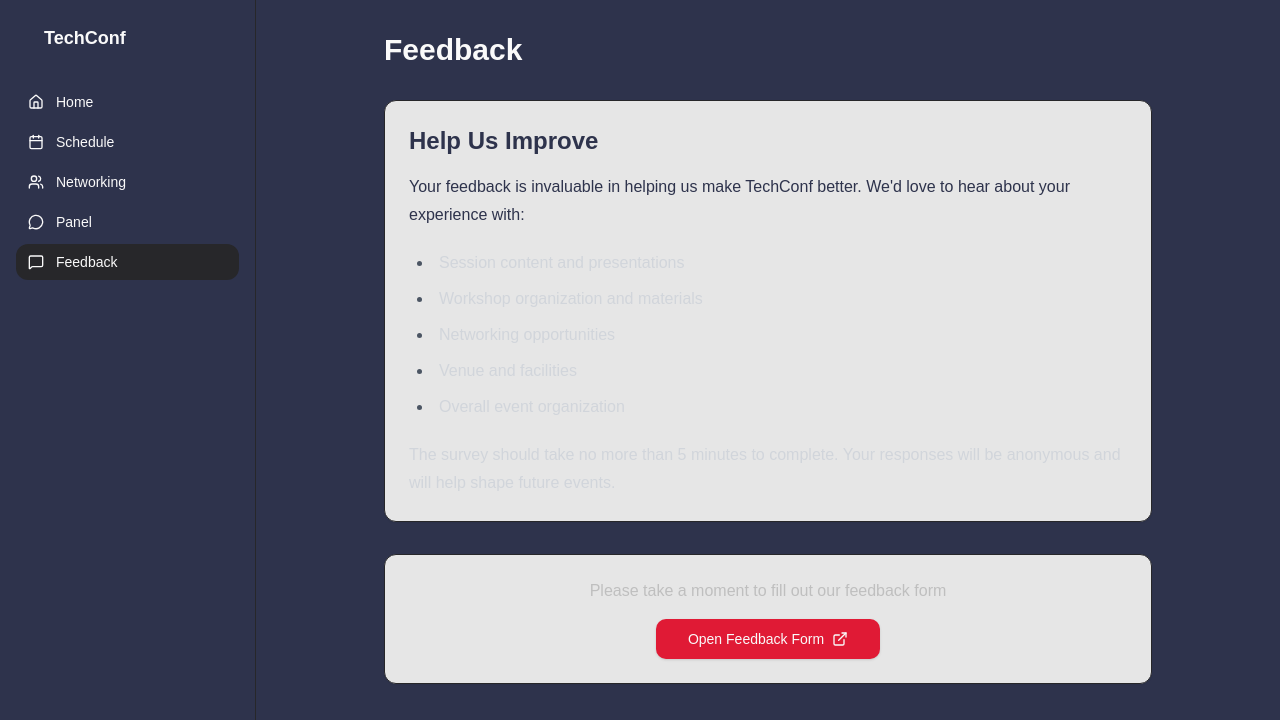
Repository: mrnavdal/symposium-2024
Page: /feedback (app in symposium24/)
The author's editor kept a copy of each file at every save. The page is drawn from the files as they stood at one save, then again after a run of saves.
The browser window is 1280 px wide. The pictures show the whole page.
The project was rebuilt for these pictures with package versions that can differ from the ones it lists, and the page was loaded fresh each time. The framework's server and built-in components were replaced by stand-ins that run in the browser. Also part of the build but not shown: symposium24/next.config.ts, symposium24/src/styles/calendar.css.

Above is the page before, as saved 2024-11-08 15:09:19.

### symposium24/src/app/layout.tsx
import type { Metadata } from "next";
import localFont from "next/font/local";
import { ThemeProvider } from 'next-themes';
import { Navigation } from "@/components/Navigation";
import "./globals.css";
import '@/styles/calendar.css'

const geistSans = localFont({
  src: "./fonts/GeistVF.woff",
  variable: "--font-geist-sans",
  weight: "100 900",
});
const geistMono = localFont({
  src: "./fonts/GeistMonoVF.woff",
  variable: "--font-geist-mono",
  weight: "100 900",
});

export const metadata: Metadata = {
  title: "TechConf 2024",
  description: "Conference schedule and information",
};

export default function RootLayout({
  children,
}: Readonly<{
  children: React.ReactNode;
}>) {
  return (
    <html lang="en" suppressHydrationWarning>
      <body className={`${geistSans.variable} ${geistMono.variable} antialiased min-h-screen`}>
        <ThemeProvider
          attribute="class"
          defaultTheme="dark"
          enableSystem
          disableTransitionOnChange
        >
          <Navigation />
          <main className="pb-16 md:pb-0 md:pl-64">
            {children}
          </main>
        </ThemeProvider>
      </body>
    </html>
  );
}

### symposium24/src/app/feedback/page.tsx
import { PageTransition } from '@/components/PageTransition'
import { Container } from '@/components/ui/container'
import { FeedbackLink } from '@/components/FeedbackLink'
import { AnimatedCard } from '@/components/ui/animated-card'

export default function FeedbackPage() {
  return (
    <PageTransition>
      <Container className="py-8">
        <div className="max-w-3xl mx-auto">
          <h1 className="text-3xl font-bold mb-8">Feedback</h1>

          <div className="space-y-8">
            <AnimatedCard delay={0.1}>
              <div className="prose dark:prose-invert max-w-none">
                <h2 className="text-2xl text-background mb-4">Help Us Improve</h2>
                <p className="text-background">
                  Your feedback is invaluable in helping us make TechConf better.
                  We'd love to hear about your experience with:
                </p>
                <ul className="list-disc pl-6 mb-4">
                  <li>Session content and presentations</li>
                  <li>Workshop organization and materials</li>
                  <li>Networking opportunities</li>
                  <li>Venue and facilities</li>
                  <li>Overall event organization</li>
                </ul>
                <p>
                  The survey should take no more than 5 minutes to complete.
                  Your responses will be anonymous and will help shape future events.
                </p>
              </div>
            </AnimatedCard>

            <AnimatedCard delay={0.2} className="text-center">
              <FeedbackLink />
            </AnimatedCard>
          </div>
        </div>
      </Container>
    </PageTransition>
  )
}

### symposium24/src/components/Navigation.tsx
'use client'

import { usePathname } from 'next/navigation'
import Link from 'next/link'
import { cn } from '@/lib/utils'
import {
  Home,
  Calendar,
  Users,
  MessageCircle,
  MessageSquare,
  LucideIcon
} from 'lucide-react'

interface NavItem {
  href: string
  label: string
  icon: LucideIcon
}

const navItems: NavItem[] = [
  { href: '/', label: 'Home', icon: Home },
  { href: '/schedule', label: 'Schedule', icon: Calendar },
  { href: '/networking', label: 'Networking', icon: Users },
  { href: '/discussion', label: 'Panel', icon: MessageCircle },
  { href: '/feedback', label: 'Feedback', icon: MessageSquare },
]

export function Navigation() {
  const pathname = usePathname()

  return (
    <>
      {/* Desktop Side Navigation */}
      <nav className="hidden md:flex fixed left-0 top-0 h-screen w-64 border-r bg-background p-4">
        <div className="space-y-4 w-full">
          <div className="px-3 py-2">
            <h2 className="mb-2 px-4 text-lg font-semibold">TechConf</h2>
          </div>
          <div className="space-y-1">
            {navItems.map((item) => (
              <Link
                key={item.href}
                href={item.href}
                className={cn(
                  'flex items-center gap-3 rounded-lg px-3 py-2 text-sm transition-colors',
                  pathname === item.href
                    ? 'bg-secondary text-secondary-foreground'
                    : 'hover:bg-secondary/80'
                )}
              >
                <item.icon className="h-4 w-4" />
                {item.label}
              </Link>
            ))}
          </div>
        </div>
      </nav>

      {/* Mobile Bottom Navigation */}
      <nav className="md:hidden fixed bottom-0 left-0 right-0 border-t bg-background z-50">
        <div className="flex items-center justify-around">
          {navItems.map((item) => (
            <Link
              key={item.href}
              href={item.href}
              className={cn(
                'flex flex-col items-center gap-1 p-3 text-xs',
                pathname === item.href
                  ? 'text-primary'
                  : 'text-muted-foreground'
              )}
            >
              <item.icon className="h-5 w-5" />
              <span>{item.label}</span>
            </Link>
          ))}
        </div>
      </nav>

      {/* Content Padding for Mobile Bottom Nav */}
      <div className="pb-4 md:pb-0 md:pl-64">
        {/* This div wraps the main content to provide padding */}
      </div>
    </>
  )
}

### symposium24/src/app/globals.css
@tailwind base;
@tailwind components;
@tailwind utilities;

body {
  font-family: Arial, Helvetica, sans-serif;
  margin: 0;
  padding: 0;
}

@layer base {
  :root {
    --background: 0 0% 100%;
    --foreground: 240 10% 3.9%;
    --card: 0 0% 100%;
    --card-foreground: 240 10% 3.9%;
    --popover: 0 0% 100%;
    --popover-foreground: 240 10% 3.9%;
    --primary: 240 5.9% 10%;
    --primary-foreground: 0 0% 98%;
    --secondary: 240 4.8% 95.9%;
    --secondary-foreground: 240 5.9% 10%;
    --muted: 240 4.8% 95.9%;
    --muted-foreground: 240 3.8% 46.1%;
    --accent: 240 4.8% 95.9%;
    --accent-foreground: 240 5.9% 10%;
    --destructive: 0 84.2% 60.2%;
    --destructive-foreground: 0 0% 98%;
    --leading-text: 240 25% 24%;
    --border: 240 5.9% 90%;
    --input: 240 5.9% 90%;
    --ring: 240 5.9% 10%;
    --chart-1: 12 76% 61%;
    --chart-2: 173 58% 39%;
    --chart-3: 197 37% 24%;
    --chart-4: 43 74% 66%;
    --chart-5: 27 87% 67%;
    --radius: 0.75rem;
  }
  .dark {
    --background: 230 25% 24%;
    --foreground: 0 0% 98%;
    --card: 0 0% 90%;
    --card-foreground: 230 25% 24%;;
    --popover: 240 10% 3.9%;
    --popover-foreground: 0 0% 98%;
    --primary: 352 79% 49%;
    --primary-foreground: 0 0% 98%;
    --secondary: 240 3.7% 15.9%;
    --secondary-foreground: 0 0% 98%;
    --muted: 240 3.7% 15.9%;
    --muted-foreground: 0 0% 75%;
    --accent: 352 79% 49%;
    --accent-foreground: 0 0% 98%;
    --destructive: 0 62.8% 30.6%;
    --destructive-foreground: 0 0% 98%;
    --border: 240 3.7% 15.9%;
    --input: 240 3.7% 15.9%;
    --ring: 240 4.9% 83.9%;
    --chart-1: 220 70% 50%;
    --chart-2: 160 60% 45%;
    --chart-3: 30 80% 55%;
    --chart-4: 280 65% 60%;
    --chart-5: 340 75% 55%;
    --leading-text: 230 25% 24%;
  }
}

@layer base {
  * {
    @apply border-border;
  }
  body {
    @apply bg-background text-foreground;
  }
}

.page {
  margin-top: 0;
}

### symposium24/src/components/PageTransition.tsx
'use client'

import { motion } from 'framer-motion'
import { fadeIn } from '@/lib/animations'

interface PageTransitionProps {
  children: React.ReactNode
  className?: string
}

export function PageTransition({ children, className }: PageTransitionProps) {
  return (
    <motion.div
      variants={fadeIn}
      initial="initial"
      animate="animate"
      exit="exit"
      className={className}
    >
      {children}
    </motion.div>
  )
}

### symposium24/src/components/ui/container.tsx
import { cn } from '@/lib/utils'

interface ContainerProps extends React.HTMLAttributes<HTMLDivElement> {}

export function Container({ className, ...props }: ContainerProps) {
  return (
    <div
      className={cn('mx-auto max-w-7xl px-4 sm:px-6 lg:px-8', className)}
      {...props}
    />
  )
}

### symposium24/src/components/FeedbackLink.tsx
'use client'

import { Button } from '@/components/ui/button'
import { ExternalLink } from 'lucide-react'

const FEEDBACK_FORM_URL = 'https://forms.google.com/your-form-id' // Replace with your actual Google Form URL

export function FeedbackLink() {
  const openFeedbackForm = () => {
    window.open(FEEDBACK_FORM_URL, '_blank', 'noopener,noreferrer')
  }

  return (
    <div className="space-y-4">
      <p className="text-muted-foreground">
        Please take a moment to fill out our feedback form
      </p>
      <Button
        onClick={openFeedbackForm}
        size="lg"
        className="group"
      >
        Open Feedback Form
        <ExternalLink className="ml-2 h-4 w-4 transition-transform group-hover:translate-x-1" />
      </Button>
    </div>
  )
}

### symposium24/src/components/ui/animated-card.tsx
'use client'

import { motion } from 'framer-motion'
import { scaleIn } from '@/lib/animations'
import { cn } from '@/lib/utils'

interface AnimatedCardProps extends React.HTMLAttributes<HTMLDivElement> {
  delay?: number
}

export function AnimatedCard({
  children,
  className,
  delay = 0,
  ...props
}: AnimatedCardProps) {
  return (
    <motion.div
      variants={scaleIn}
      initial="initial"
      whileInView="animate"
      exit="exit"
      viewport={{ once: true }}
      transition={{ delay }}
      className={cn(
        'rounded-lg border bg-card p-6 shadow-sm',
        className
      )}
      {...(props as any)} // Type assertion to fix incompatible event handler types
    >
      {children}
    </motion.div>
  )
}

### symposium24/src/lib/animations.ts
export const fadeIn = {
  initial: { opacity: 0, y: 20 },
  animate: { opacity: 1, y: 0 },
  exit: { opacity: 0, y: 20 }
}

export const staggerContainer = {
  animate: {
    transition: {
      staggerChildren: 0.1
    }
  }
}

export const slideIn = {
  initial: { x: -20, opacity: 0 },
  animate: { x: 0, opacity: 1 },
  exit: { x: 20, opacity: 0 }
}

export const scaleIn = {
  initial: { scale: 0.9, opacity: 0 },
  animate: { scale: 1, opacity: 1 },
  exit: { scale: 0.9, opacity: 0 }
}

### symposium24/src/components/ui/button.tsx
import * as React from "react"
import { Slot } from "@radix-ui/react-slot"
import { cva, type VariantProps } from "class-variance-authority"

import { cn } from "@/lib/utils"

const buttonVariants = cva(
  "inline-flex items-center justify-center whitespace-nowrap rounded-md text-sm font-medium transition-colors focus-visible:outline-none focus-visible:ring-1 focus-visible:ring-ring disabled:pointer-events-none disabled:opacity-50",
  {
    variants: {
      variant: {
        default: "bg-primary text-primary-foreground shadow hover:bg-primary/90",
        destructive:
          "bg-destructive text-destructive-foreground shadow-sm hover:bg-destructive/90",
        outline:
          "border border-input bg-background shadow-sm hover:bg-accent hover:text-accent-foreground",
        secondary:
          "bg-secondary text-secondary-foreground shadow-sm hover:bg-secondary/80",
        ghost: "hover:bg-accent hover:text-accent-foreground",
        link: "text-primary underline-offset-4 hover:underline",
      },
      size: {
        default: "h-9 px-4 py-2",
        sm: "h-8 rounded-md px-3 text-xs",
        lg: "h-10 rounded-md px-8",
        icon: "h-9 w-9",
      },
    },
    defaultVariants: {
      variant: "default",
      size: "default",
    },
  }
)

export interface ButtonProps
  extends React.ButtonHTMLAttributes<HTMLButtonElement>,
    VariantProps<typeof buttonVariants> {
  asChild?: boolean
}

const Button = React.forwardRef<HTMLButtonElement, ButtonProps>(
  ({ className, variant, size, asChild = false, ...props }, ref) => {
    const Comp = asChild ? Slot : "button"
    return (
      <Comp
        className={cn(buttonVariants({ variant, size, className }))}
        ref={ref}
        {...props}
      />
    )
  }
)
Button.displayName = "Button"

export { Button, buttonVariants }

### symposium24/tailwind.config.ts
import type { Config } from "tailwindcss";

export default {
    darkMode: ["class"],
    content: [
    "./src/pages/**/*.{js,ts,jsx,tsx,mdx}",
    "./src/components/**/*.{js,ts,jsx,tsx,mdx}",
    "./src/app/**/*.{js,ts,jsx,tsx,mdx}",
  ],
  theme: {
  	extend: {
  		colors: {
  			background: 'hsl(var(--background))',
  			foreground: 'hsl(var(--foreground))',
  			card: {
  				DEFAULT: 'hsl(var(--card))',
  				foreground: 'hsl(var(--card-foreground))'
  			},
  			popover: {
  				DEFAULT: 'hsl(var(--popover))',
  				foreground: 'hsl(var(--popover-foreground))'
  			},
  			primary: {
  				DEFAULT: 'hsl(var(--primary))',
  				foreground: 'hsl(var(--primary-foreground))'
  			},
  			secondary: {
  				DEFAULT: 'hsl(var(--secondary))',
  				foreground: 'hsl(var(--secondary-foreground))'
  			},
  			muted: {
  				DEFAULT: 'hsl(var(--muted))',
  				foreground: 'hsl(var(--muted-foreground))'
  			},
  			accent: {
  				DEFAULT: 'hsl(var(--accent))',
  				foreground: 'hsl(var(--accent-foreground))'
  			},
  			destructive: {
  				DEFAULT: 'hsl(var(--destructive))',
  				foreground: 'hsl(var(--destructive-foreground))'
  			},
  			border: 'hsl(var(--border))',
  			input: 'hsl(var(--input))',
  			ring: 'hsl(var(--ring))',
  			chart: {
  				'1': 'hsl(var(--chart-1))',
  				'2': 'hsl(var(--chart-2))',
  				'3': 'hsl(var(--chart-3))',
  				'4': 'hsl(var(--chart-4))',
  				'5': 'hsl(var(--chart-5))'
  			},
  			green: {
  				500: '#22c55e', // Zelená
  				600: '#16a34a', // Tmavší zelená
  			},
  			yellow: {
  				500: '#facc15', // Žlutá
  				600: '#eab308', // Tmavší žlutá
  			},
  			red: {
  				500: '#ef4444', // Červená
  				600: '#dc2626', // Tmavší červená
  			},
  		},
  		borderRadius: {
  			lg: 'var(--radius)',
  			md: 'calc(var(--radius) - 2px)',
  			sm: 'calc(var(--radius) - 4px)'
  		}
  	}
  },
  plugins: [
    require("tailwindcss-animate"),
    require('@tailwindcss/typography'),
  ],
} satisfies Config;

Loaded but not shown: symposium24/src/lib/utils.ts (common file)

After the next 2 saves:
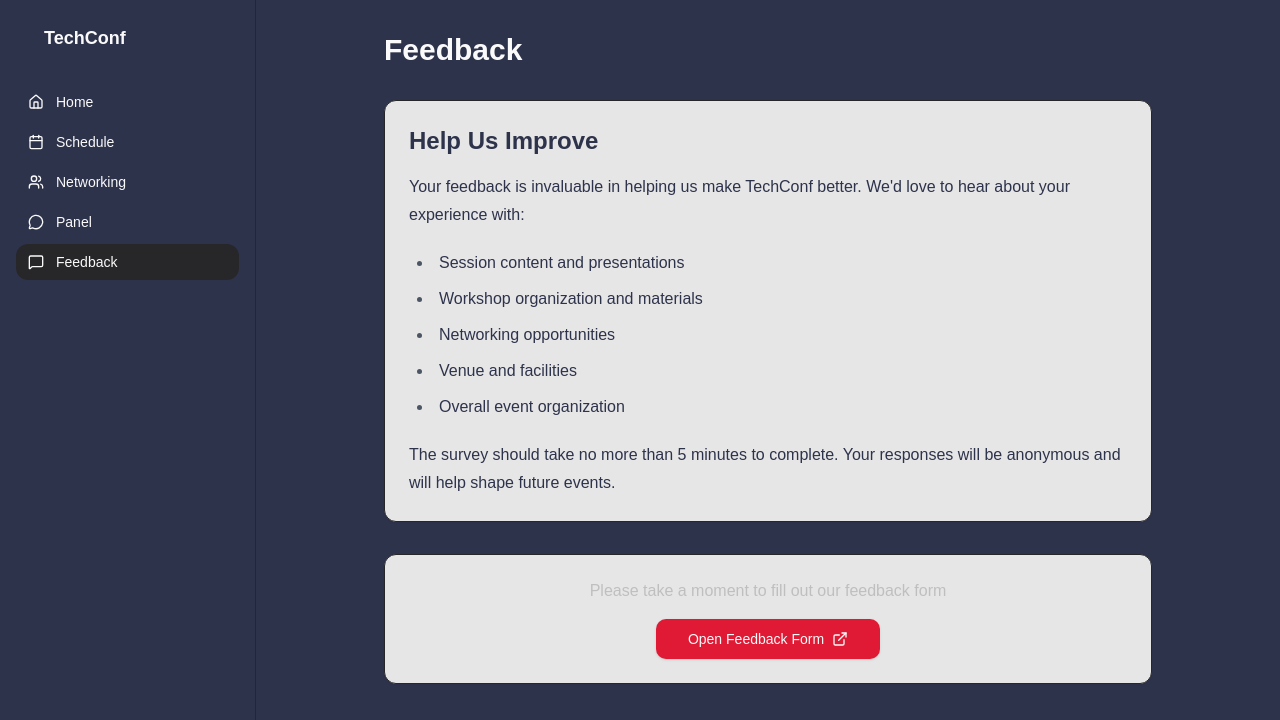
The 2 saves are shown as one change because they came seconds apart.
The last was saved 8 s later.
--- a/symposium24/src/app/feedback/page.tsx
+++ b/symposium24/src/app/feedback/page.tsx
@@ -18,14 +18,14 @@ export default function FeedbackPage() {
                   Your feedback is invaluable in helping us make TechConf better.
                   We'd love to hear about your experience with:
                 </p>
-                <ul className="list-disc pl-6 mb-4">
+                <ul className="list-disc pl-6 mb-4 text-background">
                   <li>Session content and presentations</li>
                   <li>Workshop organization and materials</li>
                   <li>Networking opportunities</li>
                   <li>Venue and facilities</li>
                   <li>Overall event organization</li>
                 </ul>
-                <p>
+                <p className="text-background">
                   The survey should take no more than 5 minutes to complete.
                   Your responses will be anonymous and will help shape future events.
                 </p>
